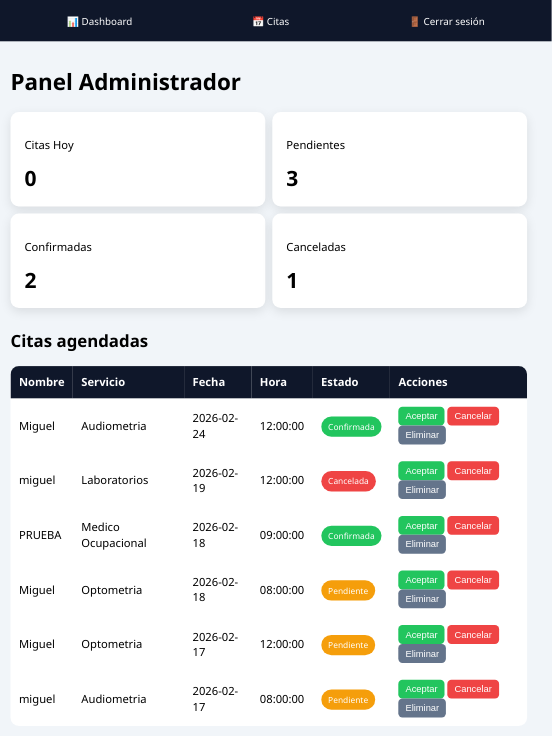
Repository: Miguelperdomo/Biocenter
Page: http://localhost/public_html/PHP/panel.php
The author's editor kept a copy of each file at every save. The page is drawn from the files as they stood at one save, then again after the next save.
The browser window is 768 px wide. The page is 788 px wide, so the pictures cover 788 px, including what lies to the right of the window. The pictures show the part of the page from y = 0 to 2240 px (the page is 1052 px tall before and 2665 px after), at 70% of full size.
The page is run by PHP 8.4 with error messages shown; the project is at /var/www/html/. The session is filled in as if someone had signed in: {"admin": {"id": 1, "usuario": "admin", "email": "perdomomiguel2004@gmail.com"}}. The database holds what the project's SQL file puts in it.

Above is the page before, as saved 2026-02-17 14:33:10.

After the next save:
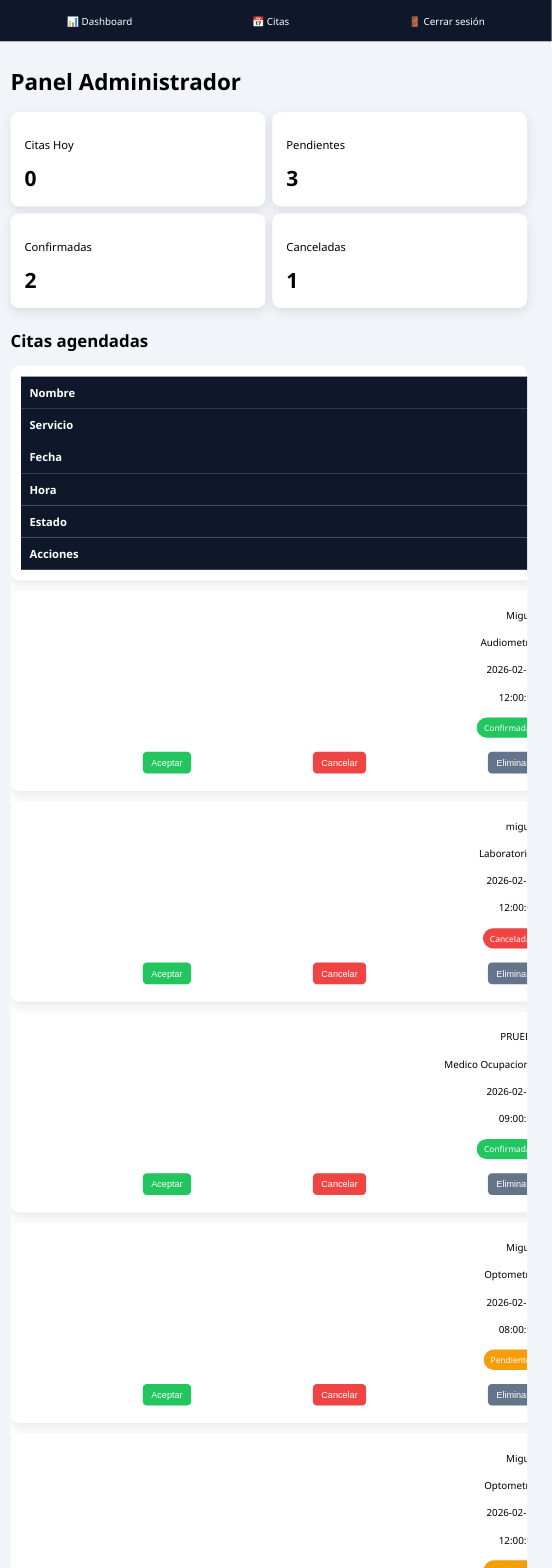
Saved 5 s later.
--- a/PHP/panel.php
+++ b/PHP/panel.php
@@ -127,6 +127,50 @@
     }
 
 }
+
+/* ================= RESPONSIVE TABLA ================= */
+
+@media (max-width: 768px){
+
+table, thead, tbody, th, td, tr{
+    display:block;
+    width:100%;
+}
+
+thead{
+    display:none;
+}
+
+tr{
+    background:white;
+    margin-bottom:15px;
+    border-radius:12px;
+    box-shadow:0 5px 15px rgba(0,0,0,.1);
+    padding:15px;
+}
+
+td{
+    border:none;
+    padding:10px 0;
+    display:flex;
+    justify-content:space-between;
+    align-items:center;
+    font-size:14px;
+}
+
+td::before{
+    content: attr(data-label);
+    font-weight:bold;
+    color:#0f172a;
+}
+
+.btn{
+    padding:8px 12px;
+    font-size:13px;
+}
+
+}
+
 
 </style>
 </head>

After the save that followed:
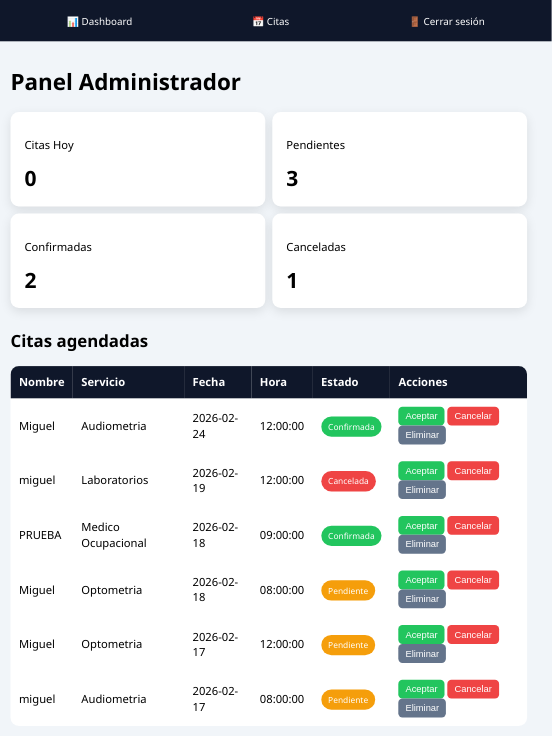
Saved 7 s later.
--- a/PHP/panel.php
+++ b/PHP/panel.php
@@ -128,48 +128,6 @@
 
 }
 
-/* ================= RESPONSIVE TABLA ================= */
-
-@media (max-width: 768px){
-
-table, thead, tbody, th, td, tr{
-    display:block;
-    width:100%;
-}
-
-thead{
-    display:none;
-}
-
-tr{
-    background:white;
-    margin-bottom:15px;
-    border-radius:12px;
-    box-shadow:0 5px 15px rgba(0,0,0,.1);
-    padding:15px;
-}
-
-td{
-    border:none;
-    padding:10px 0;
-    display:flex;
-    justify-content:space-between;
-    align-items:center;
-    font-size:14px;
-}
-
-td::before{
-    content: attr(data-label);
-    font-weight:bold;
-    color:#0f172a;
-}
-
-.btn{
-    padding:8px 12px;
-    font-size:13px;
-}
-
-}
 
 
 </style>
